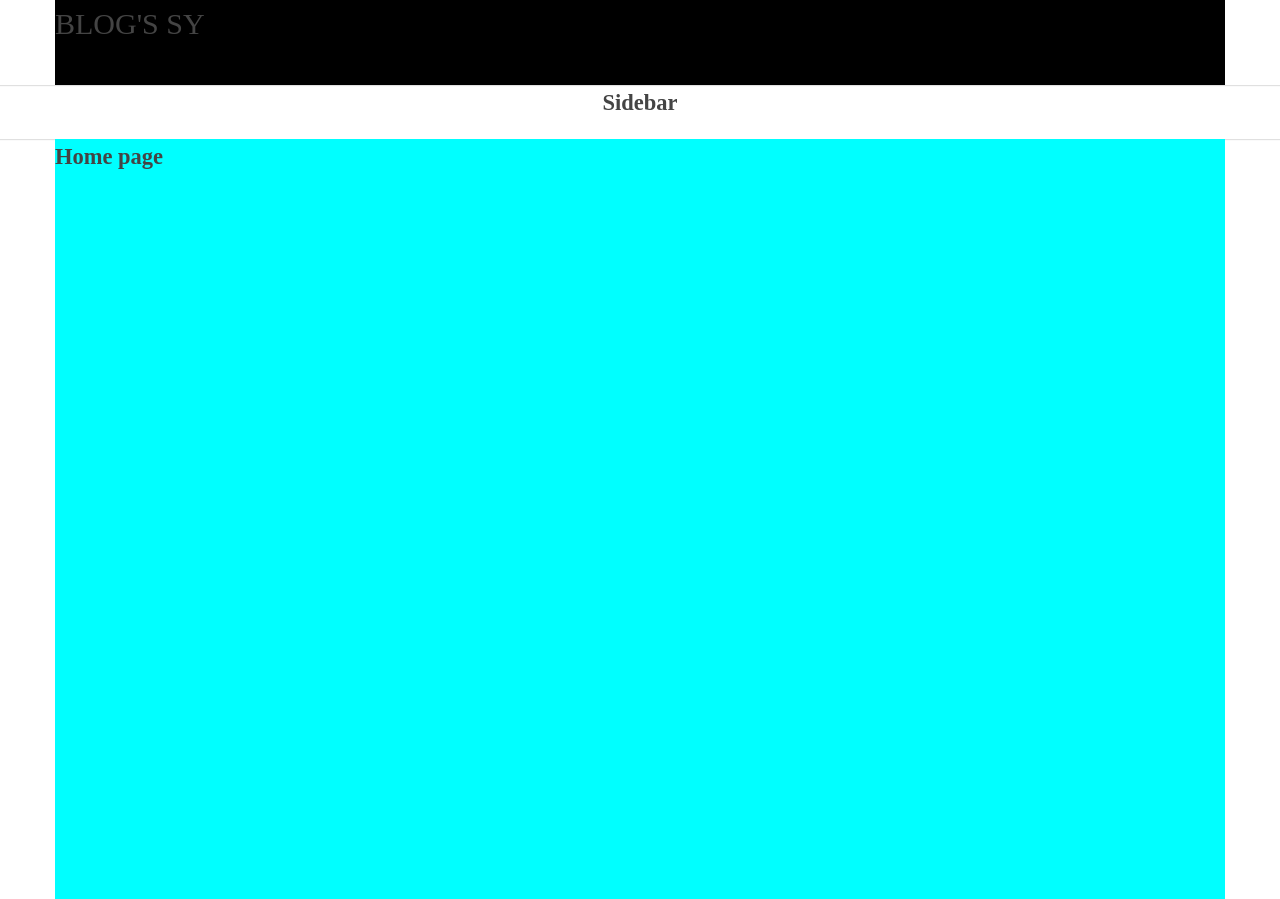
Repository: SyLe-Van/Make-Colorful
Page: /
An editor plug-in stored every save of this project. The page is shown before and after the next save, followed by the edit.
The browser window is 1280 px wide. The pictures show the whole page.
Some web fonts or font styles are not loaded; a fallback is used. The project was rebuilt for these pictures with package versions that can differ from the ones it lists, and the page was loaded fresh each time. Also part of the build but not shown: src/pages/cinema/index.js, src/pages/fashion/index.js, src/pages/grooming/index.js, src/pages/lifestyle/index.js, src/pages/contact/index.js.

Above is the page before, as saved 2023-10-10 20:59:23.

After the next save:
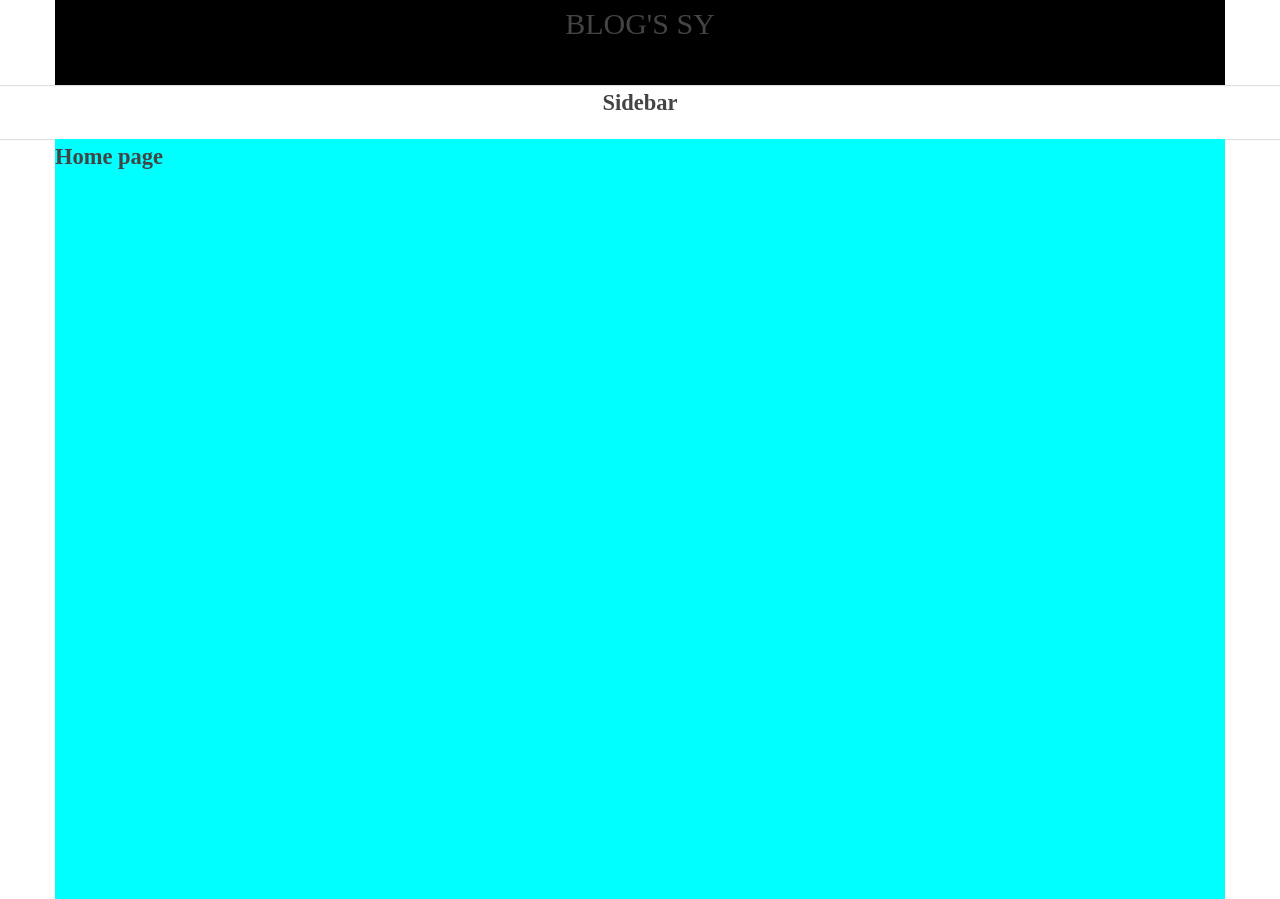
Saved 64 s later.
--- a/src/components/Layout/DefaultLayout/Header/Header.module.scss
+++ b/src/components/Layout/DefaultLayout/Header/Header.module.scss
@@ -13,4 +13,6 @@
     font-family: 'Playfair Display', serif;
     font-weight: 400;
     font-style: normal;
+    text-align: center;
+    justify-content: center;
 }
